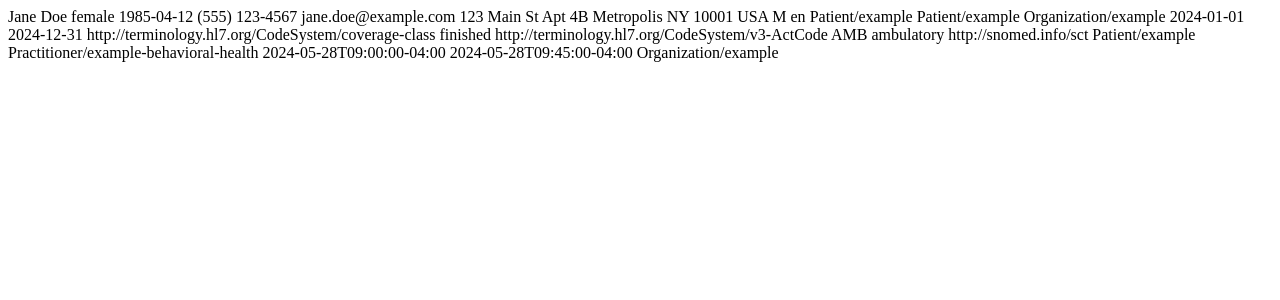
Repository: Laniz/Mapping-project
Page: http://localhost/Best Notes/public/index.php
These files come from the project's save history. The page is drawn as it stood at one moment and after the next save; the edit follows.
The browser window is 1280 px wide. The pictures show the whole page.
The page is run by PHP 8.4 with error messages shown; the project is at /var/www/html/.

Above is the page before, as saved 2025-06-30 22:09:01.

After the next save:
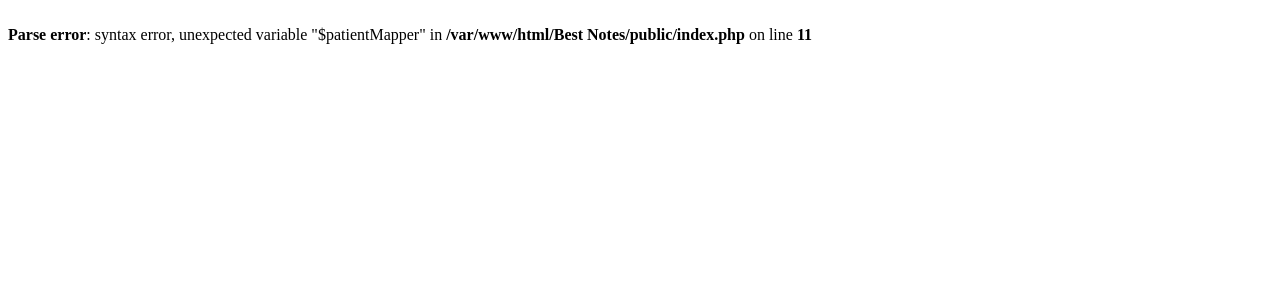
Saved 2 min 45 s later.
--- a/Best Notes/public/index.php
+++ b/Best Notes/public/index.php
@@ -5,6 +5,7 @@
 use App\Mapping\PatientMapper;
 use App\Mapping\CoverageMapper;
 use App\Mapping\EncounterMapper;
+use
 
 // Initialize the PatientMapper (modular class that converts FHIR to XML)
 $patientMapper = new PatientMapper();

After the 2 saves that followed:
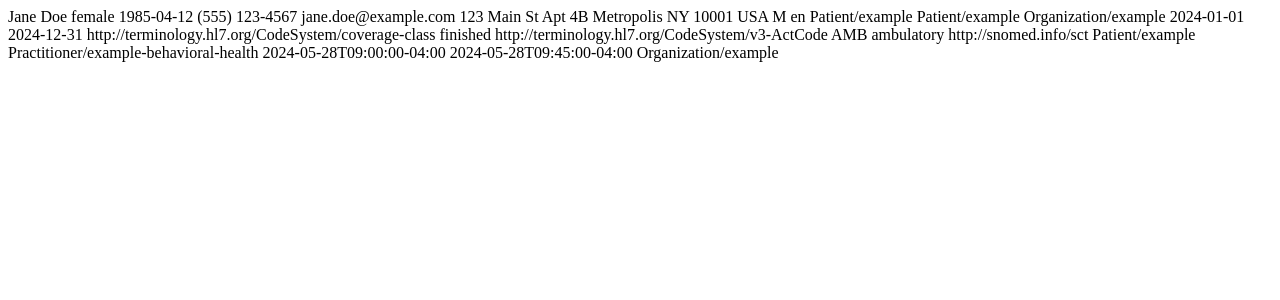
The 2 saves are shown as one change because 1 left the picture as it was.
The last was saved 8 s later.
--- a/Best Notes/public/index.php
+++ b/Best Notes/public/index.php
@@ -5,7 +5,6 @@
 use App\Mapping\PatientMapper;
 use App\Mapping\CoverageMapper;
 use App\Mapping\EncounterMapper;
-use
 
 // Initialize the PatientMapper (modular class that converts FHIR to XML)
 $patientMapper = new PatientMapper();
